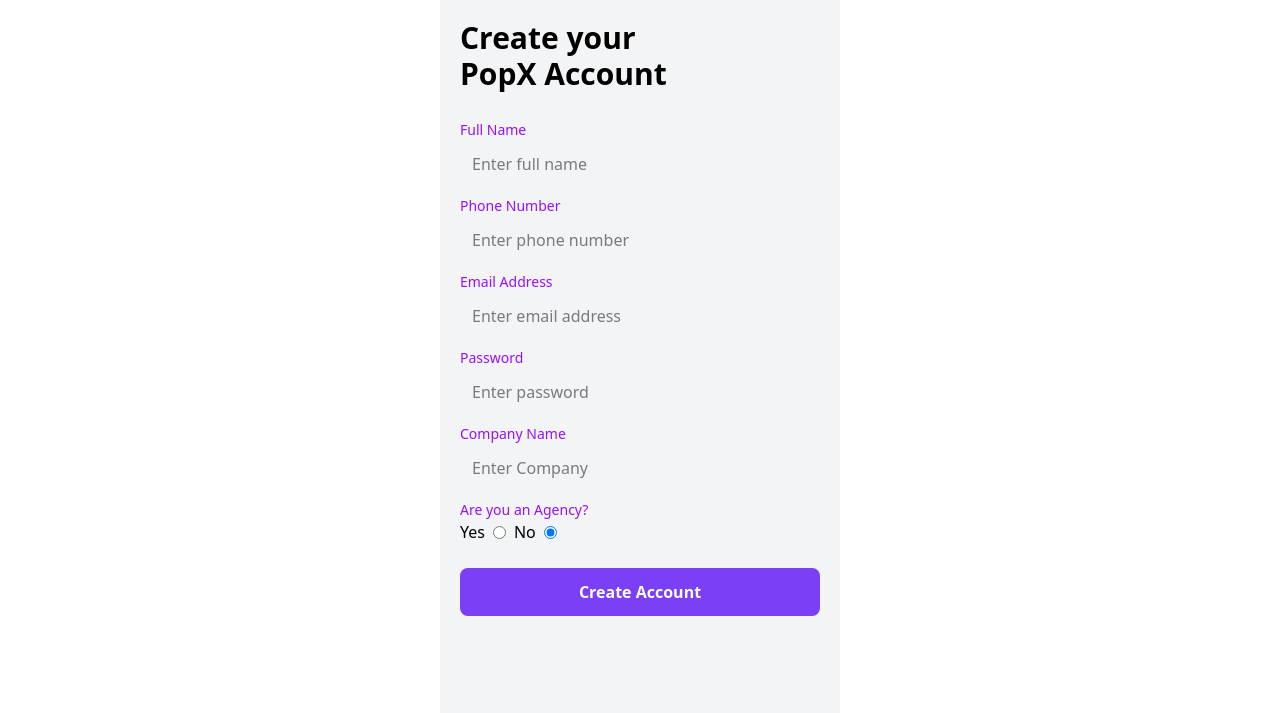
Repository: Adarshjeet0/popx-landing-page
Page: /signup
The author's editor kept a copy of each file at every save. The page is drawn from the files as they stood at one save, then again after a run of saves.
The browser window is 1280 px wide. The pictures show the whole page.
The project was rebuilt for these pictures with package versions that can differ from the ones it lists, and the page was loaded fresh each time. Also part of the build but not shown: vite.config.js, src/components/Home.jsx, src/App.css, src/components/Login.jsx, src/components/Settings.jsx.

Above is the page before, as saved 2025-03-28 20:20:58.

After the next 2 saves:
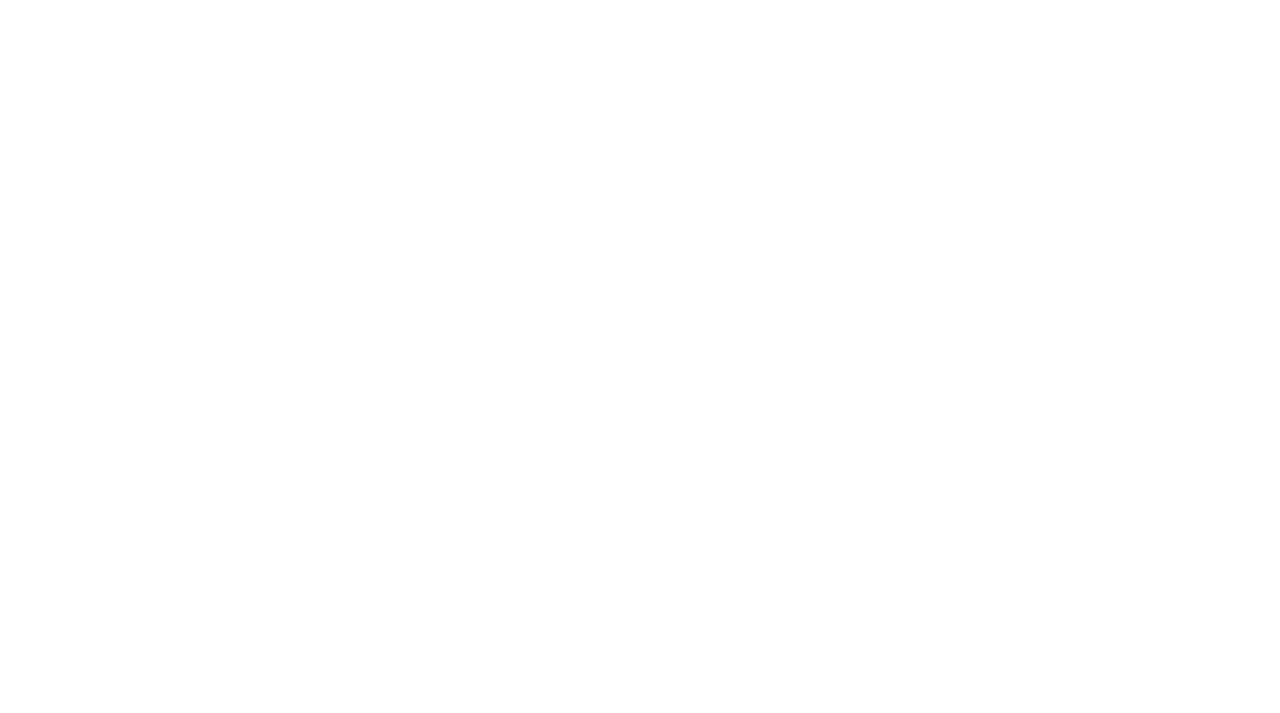
Console error: ReferenceError: Link is not defined
The 2 saves are shown as one change because they came seconds apart.
The last was saved 30 s later.
--- a/src/components/Signup.jsx
+++ b/src/components/Signup.jsx
@@ -225,6 +225,7 @@
                     <button type="submit" className='bg-[#7B3FF6] my-3 w-full hover:bg-[#5b15e8] text-white font-semibold py-3 rounded-lg cursor-pointer'>
                         Create Account
                     </button>
+                    <Link to="/login" className="text-purple-600 block mt-3">I am a New User</Link>
                 </form>
             </div>
         </div>

After the 2 saves that followed:
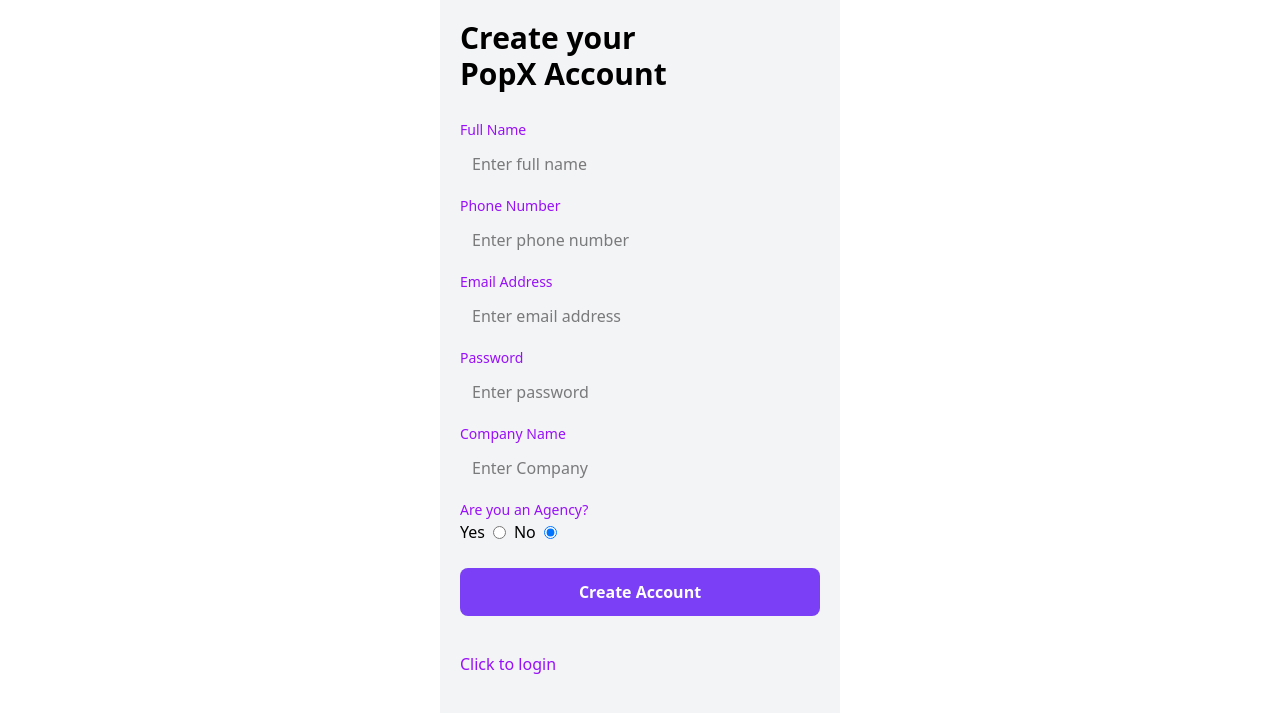
The error is gone.
The 2 saves are shown as one change because 1 left the picture as it was.
The last was saved 21 s later.
--- a/src/components/Signup.jsx
+++ b/src/components/Signup.jsx
@@ -104,7 +104,7 @@
 
 
 import React, { useState } from 'react';
-import { useNavigate } from 'react-router-dom';
+import { useNavigate, Link } from 'react-router-dom';
 import { useDispatch } from 'react-redux';
 import { signup } from './../redux/reducers/authReducer';
 
@@ -225,7 +225,7 @@
                     <button type="submit" className='bg-[#7B3FF6] my-3 w-full hover:bg-[#5b15e8] text-white font-semibold py-3 rounded-lg cursor-pointer'>
                         Create Account
                     </button>
-                    <Link to="/login" className="text-purple-600 block mt-3">I am a New User</Link>
+                    <Link to="/login" className="text-purple-600 block mt-3">Click to login</Link>
                 </form>
             </div>
         </div>
